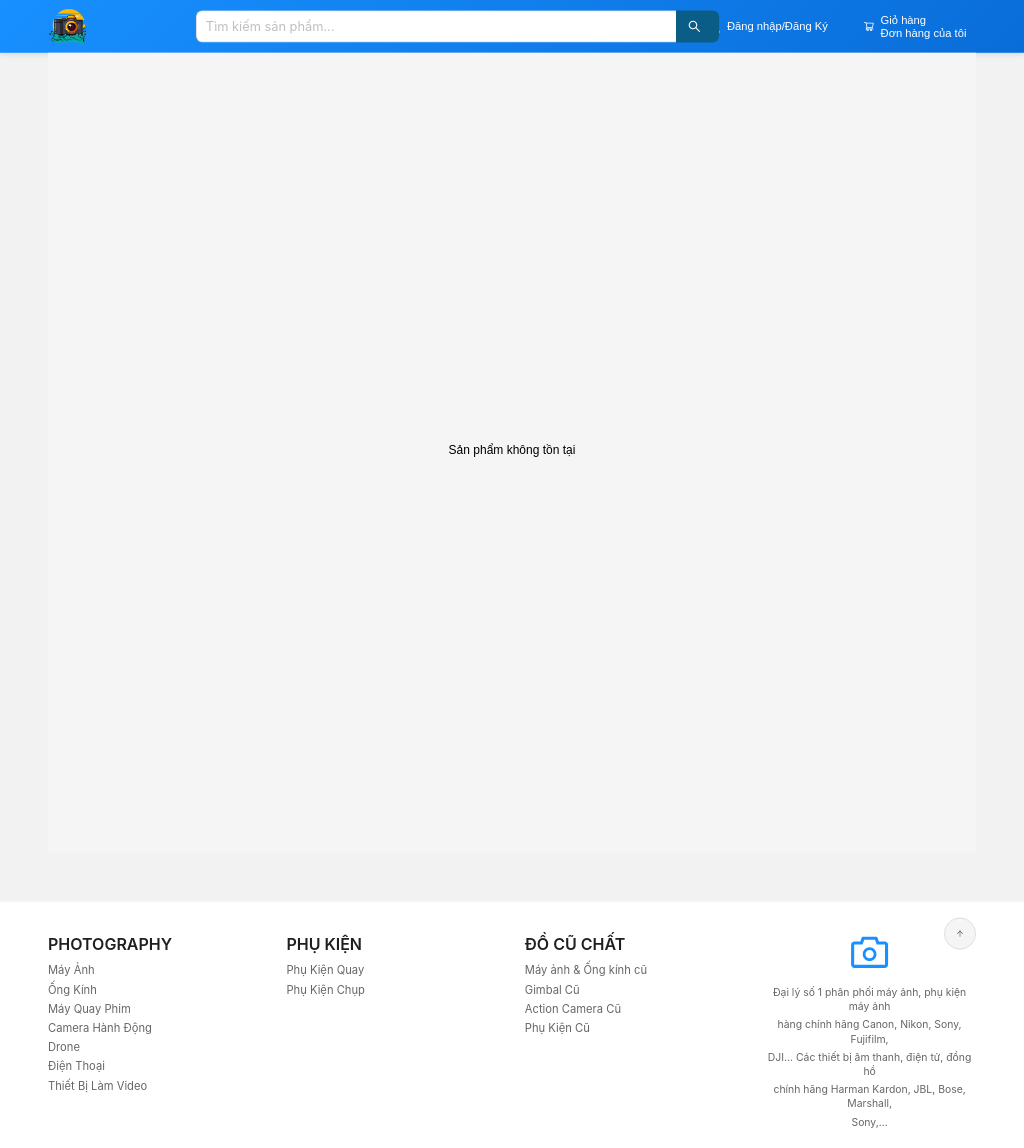
Repository: Drod110324/ThucTapVietNienLuan
Page: /product-details
The author's editor kept a copy of each file at every save. The page is drawn from the files as they stood at one save, then again after the next save.
The browser window is 1280 px wide. The pictures show the whole page, at 80% of full size.
The page's requests for data from a server got no answer. The project was rebuilt for these pictures with package versions that can differ from the ones it lists, and the page was loaded fresh each time. No one was signed in, and anything a server would have sent is missing. Also part of the build but not shown: vite.config.js, src/components/TypeProduct/TypeProduct.jsx, src/pages/Homepage/style.js, src/components/SliderComponent/style.js, src/components/SliderComponent/SliderComponent.jsx, src/components/CardComponent/style.js, src/components/CardComponent/CardComponent.jsx, src/components/NavBarComponent/style.js and 27 more.

Above is the page before, as saved 2025-08-22 17:32:36.

### src/main.jsx
import { createRoot } from 'react-dom/client'
import { Provider } from 'react-redux'
import { store } from './redux/store'
import 'antd/dist/reset.css'
import './index.css'
import App from './App.jsx'
import { Fragment } from 'react'
createRoot(document.getElementById('root')).render(
  <Provider store={store}>
    <App />
  </Provider>,
)
export default App;

### src/index.css
@import "slick-carousel/slick/slick.css";
@import "slick-carousel/slick/slick-theme.css";

body {
  background-color: #F2F2F2;
}

body{
    margin: 0;
    padding: 0;
    box-sizing: border-box;
}

html {
    font-size: 62.5%;
}

### src/App.jsx
import React from 'react'
import { BrowserRouter, Routes, Route } from 'react-router-dom'
import { routes } from './routes'
import DefaultComponent from './components/DefaultComponent/DefaultComponent.jsx'
import { Fragment } from 'react/jsx-runtime'
import { ProductProvider } from './context/ProductContext'
import { CartProvider } from './context/CartContext'
import ScrollToTop from './components/ScrollToTop/ScrollToTop'
function App() {
  return(
  <ProductProvider>
    <CartProvider>
      <BrowserRouter>
        <ScrollToTop />
        <div>
          <Routes>
            {routes.map((route) => {
              const Page = route.page
              const Default = route.isShowHeader ? DefaultComponent : Fragment
              return <Route path={route.path} element={<Default><Page /></Default>} key={route.path} />
            })}
          </Routes>
        </div>
      </BrowserRouter>
    </CartProvider>
  </ProductProvider>
  )
}
export default App;

### src/components/DefaultComponent/DefaultComponent.jsx
import React from 'react'
import HeaderComponent from '../HeaderComponent/HeaderComponent'
import FooterComponent from '../FooterComponent/FooterComponent'
export default function DefaultComponent({ children }) {
  return (
    <div>
        <HeaderComponent />
        <div style={{
          maxWidth: '1200px',
          margin: '0 auto',
          padding: '0 20px'
        }}>
          {children}
        </div>
        <FooterComponent />
    </div>
  )
}

### src/context/ProductContext.jsx
import React, { useState, useEffect } from 'react';
import { ProductContext } from './ProductContextInstance';
export const ProductProvider = ({ children }) => {
  const [products, setProducts] = useState([]);
  const [loading, setLoading] = useState(false);
  const [error, setError] = useState(null);
  const API_BASE_URL = 'http://localhost:5000';
  const fetchProducts = async () => {
    setLoading(true);
    setError(null);
    try {
      const response = await fetch(`${API_BASE_URL}/products`);
      if (!response.ok) {
        throw new Error('Failed to fetch products');
      }
      const data = await response.json();
      setProducts(data);
      localStorage.setItem('productsLastUpdate', Date.now().toString());
    } catch (err) {
      setError(err.message);
    } finally {
      setLoading(false);
    }
  };
  useEffect(() => {
    const productsChanged = localStorage.getItem('productsChanged');
    if (productsChanged === 'true') {
      fetchProducts();
      localStorage.removeItem('productsChanged');
    } else {
      fetchProducts();
    }
  }, []);
  useEffect(() => {
    const checkForUpdates = () => {
      const lastUpdate = localStorage.getItem('productsLastUpdate');
      const productsChanged = localStorage.getItem('productsChanged');
      const now = Date.now();
      const timeSinceUpdate = now - (lastUpdate ? parseInt(lastUpdate) : 0);
      if (productsChanged === 'true' || timeSinceUpdate > 30000) {
        fetchProducts();
        localStorage.removeItem('productsChanged');
      }
    };
    const interval = setInterval(checkForUpdates, 10000);
    return () => clearInterval(interval);
  }, []);
  useEffect(() => {
    const handleFocus = () => {
      fetchProducts();
    };
    const handlePopState = () => {
      setTimeout(() => fetchProducts(), 100);
    };
    window.addEventListener('focus', handleFocus);
    window.addEventListener('popstate', handlePopState);
    return () => {
      window.removeEventListener('focus', handleFocus);
      window.removeEventListener('popstate', handlePopState);
    };
  }, []);
  const addProduct = async (newProduct) => {
    try {
      const response = await fetch(`${API_BASE_URL}/products`, {
        method: 'POST',
        headers: {
          'Content-Type': 'application/json',
        },
        body: JSON.stringify(newProduct),
      });
      if (!response.ok) {
        throw new Error('Failed to add product');
      }
      const addedProduct = await response.json();
      setProducts(prev => [...prev, addedProduct]);
      return addedProduct;
    } catch (error) {
      console.error('Error adding product:', error);
      throw error;
    }
  };
  const updateProduct = async (id, updatedProduct) => {
    try {
      const response = await fetch(`${API_BASE_URL}/products/${id}`, {
        method: 'PUT',
        headers: {
          'Content-Type': 'application/json',
        },
        body: JSON.stringify(updatedProduct),
      });
      if (!response.ok) {
        throw new Error('Failed to update product');
      }
      const updated = await response.json();
      setProducts(prev => prev.map(product =>
        product._id === id ? updated : product
      ));
      return updated;
    } catch (error) {
      console.error('Error updating product:', error);
      throw error;
    }
  };
  const deleteProduct = async (id) => {
    try {
      const response = await fetch(`${API_BASE_URL}/products/${id}`, {
        method: 'DELETE',
      });
      if (!response.ok) {
        throw new Error('Failed to delete product');
      }
      setProducts(prev => prev.filter(product => product._id !== id));
    } catch (error) {
      console.error('Error deleting product:', error);
      throw error;
    }
  };
  const getProductsByCategory = (category) => {
    return products.filter(product =>
      product.category === category && product.status === 'active' && product.isActive
    );
  };
  const getProductById = (id) => {
    return products.find(product => product._id === id || product.id === id);
  };
  const getAllActiveProducts = () => {
    return products.filter(product => product.status === 'active' && product.isActive);
  };
  const refreshProducts = () => {
    fetchProducts();
  };
  const value = {
    products,
    loading,
    error,
    addProduct,
    updateProduct,
    deleteProduct,
    getProductsByCategory,
    getProductById,
    getAllActiveProducts,
    refreshProducts
  };
  return (
    <ProductContext.Provider value={value}>
      {children}
    </ProductContext.Provider>
  );
};

### src/context/CartContext.jsx
import React, { useState, useEffect } from 'react';
import { CartContext } from './CartContextInstance';
export const CartProvider = ({ children }) => {
  const [cartItems, setCartItems] = useState([]);
  const [cartCount, setCartCount] = useState(0);
  useEffect(() => {
    const savedCart = localStorage.getItem('cart');
    if (savedCart) {
      try {
        const parsedCart = JSON.parse(savedCart);
        setCartItems(parsedCart);
        updateCartCount(parsedCart);
      } catch (error) {
        console.error('Error parsing cart from localStorage:', error);
        localStorage.removeItem('cart');
      }
    }
  }, []);
  useEffect(() => {
    localStorage.setItem('cart', JSON.stringify(cartItems));
    updateCartCount(cartItems);
  }, [cartItems]);
  const updateCartCount = (items) => {
    const totalCount = items.reduce((total, item) => total + item.quantity, 0);
    setCartCount(totalCount);
  };
  const addToCart = (product, quantity = 1) => {
    setCartItems(prevItems => {
      const existingItem = prevItems.find(item => item._id === product._id);
      if (existingItem) {
        return prevItems.map(item =>
          item._id === product._id
            ? { ...item, quantity: item.quantity + quantity }
            : item
        );
      } else {
        return [...prevItems, {
          _id: product._id,
          name: product.name,
          price: product.price,
          image: product.image,
          quantity: quantity,
          stock: product.stock || 0
        }];
      }
    });
  };
  const removeFromCart = (productId) => {
    setCartItems(prevItems => prevItems.filter(item => item._id !== productId));
  };
  const updateQuantity = (productId, quantity) => {
    if (quantity <= 0) {
      removeFromCart(productId);
      return;
    }
    setCartItems(prevItems =>
      prevItems.map(item =>
        item._id === productId
          ? { ...item, quantity: quantity }
          : item
      )
    );
  };
  const clearCart = () => {
    setCartItems([]);
  };
  const getCartTotal = () => {
    return cartItems.reduce((total, item) => total + (item.price * item.quantity), 0);
  };
  const getCartItemCount = () => {
    return cartItems.reduce((total, item) => total + item.quantity, 0);
  };
  const isInCart = (productId) => {
    return cartItems.some(item => item._id === productId);
  };
  const value = {
    cartItems,
    cartCount,
    addToCart,
    removeFromCart,
    updateQuantity,
    clearCart,
    getCartTotal,
    getCartItemCount,
    isInCart,
  };
  return (
    <CartContext.Provider value={value}>
      {children}
    </CartContext.Provider>
  );
};

### src/components/ScrollToTop/ScrollToTop.jsx
import { useEffect } from 'react';
import { useLocation } from 'react-router-dom';
const ScrollToTop = () => {
  const { pathname, search } = useLocation();
  useEffect(() => {
    const scrollToTop = () => {
      requestAnimationFrame(() => {
        window.scrollTo({
          top: 0,
          left: 0,
          behavior: 'smooth'
        });
      });
    };
    scrollToTop();
  }, [pathname, search]);
  return null;
};
export default ScrollToTop;

### src/pages/ProductDetailsPage/ProductDetailsPage.jsx
import { useParams } from 'react-router-dom';
import { useState, useEffect } from 'react';
import ProductDetailComponent from '../../components/ProductDetailComponent/ProductDetailComponent';
import { message } from 'antd';

const ProductDetailsPage = () => {
  const { id } = useParams();
  const [product, setProduct] = useState(null);
  const [loading, setLoading] = useState(true);

  // Fetch product details from database
  const fetchProduct = async () => {
    setLoading(true);
    try {
      const response = await fetch(`http://localhost:5000/api/products/${id}`);
      if (!response.ok) {
        throw new Error(`HTTP error! status: ${response.status}`);
      }
      const data = await response.json();
      setProduct(data);
    } catch (error) {
      console.error('Error fetching product:', error);
      message.error('Không thể tải thông tin sản phẩm');
    } finally {
      setLoading(false);
    }
  };

  useEffect(() => {
    if (id) {
      fetchProduct();
    }
  }, [id]);
  if (!product) {
    return (
      <div
        style={{
          padding: '0 120px',
          backgroundColor: '#f5f5f5',
          height: '1000px',
          display: 'flex',
          justifyContent: 'center',
          alignItems: 'center',
        }}
      >
        <h2>Sản phẩm không tồn tại</h2>
      </div>
    );
  }
  return (
    <div
      style={{
        padding: '0 120px',
        backgroundColor: '#f5f5f5',
        height: '1000px',
      }}
    >
      <div style={{
        marginBottom: '20px',
        fontSize: '16px',
        fontWeight: '500',
        color: '#333'
      }}>
        <span
          style={{
            cursor: 'pointer',
            color: '#1890ff',
            textDecoration: 'underline'
          }}
          onClick={() => window.location.href = '/'}
        >
          Trang chủ
        </span>
        <span style={{ margin: '0 8px', color: '#999' }}>/</span>
        <span
          style={{
            cursor: 'pointer',
            color: '#1890ff',
            textDecoration: 'underline'
          }}
          onClick={() => window.location.href = `/products?category=${encodeURIComponent(product.category)}`}
        >
          {product.category}
        </span>
        <span style={{ margin: '0 8px', color: '#999' }}>/</span>
        <span style={{ color: '#333' }}>{product.name}</span>
      </div>
      <ProductDetailComponent product={product} />
    </div>
  );
};
export default ProductDetailsPage;

### src/components/FooterComponent/FooterComponent.jsx
import React from 'react';
import { Row, Col, Typography } from 'antd';
import { CameraOutlined, ArrowUpOutlined } from '@ant-design/icons';
import { FooterContainer, FooterContent, FooterColumn, FooterList, FooterItem, CameraIconContainer, FooterDescription, ScrollToTopButton } from './style';
const { Title, Text } = Typography;
const FooterComponent = () => {
  const scrollToTop = () => {
    window.scrollTo({ top: 0, behavior: 'smooth' });
  };
  return (
    <FooterContainer>
      <FooterContent>
        <Row gutter={[32, 24]}>
          {}
          <Col xs={24} sm={12} md={6}>
            <FooterColumn>
              <Title level={4}>PHOTOGRAPHY</Title>
              <FooterList>
                <FooterItem>Máy Ảnh</FooterItem>
                <FooterItem>Ống Kính</FooterItem>
                <FooterItem>Máy Quay Phim</FooterItem>
                <FooterItem>Camera Hành Động</FooterItem>
                <FooterItem>Drone</FooterItem>
                <FooterItem>Điện Thoại</FooterItem>
                <FooterItem>Thiết Bị Làm Video</FooterItem>
              </FooterList>
            </FooterColumn>
          </Col>
          {}
          <Col xs={24} sm={12} md={6}>
            <FooterColumn>
              <Title level={4}>PHỤ KIỆN</Title>
              <FooterList>
                <FooterItem>Phụ Kiện Quay</FooterItem>
                <FooterItem>Phụ Kiện Chụp</FooterItem>
              </FooterList>
            </FooterColumn>
          </Col>
          {}
          <Col xs={24} sm={12} md={6}>
            <FooterColumn>
              <Title level={4}>ĐỒ CŨ CHẤT</Title>
              <FooterList>
                <FooterItem>Máy ảnh & Ống kính cũ</FooterItem>
                <FooterItem>Gimbal Cũ</FooterItem>
                <FooterItem>Action Camera Cũ</FooterItem>
                <FooterItem>Phụ Kiện Cũ</FooterItem>
              </FooterList>
            </FooterColumn>
          </Col>
          {}
          <Col xs={24} sm={12} md={6}>
            <FooterColumn>
              <CameraIconContainer>
                <CameraOutlined style={{ fontSize: '48px', color: '#1890ff' }} />
              </CameraIconContainer>
              <FooterDescription>
                <Text>Đại lý số 1 phân phối máy ảnh, phụ kiện máy ảnh</Text>
                <Text>hàng chính hãng Canon, Nikon, Sony, Fujifilm,</Text>
                <Text>DJI... Các thiết bị âm thanh, điện tử, đồng hồ</Text>
                <Text>chính hãng Harman Kardon, JBL, Bose, Marshall,</Text>
                <Text>Sony,...</Text>
              </FooterDescription>
            </FooterColumn>
          </Col>
        </Row>
        {}
        <ScrollToTopButton
          onClick={scrollToTop}
          title="Lên đầu trang"
        >
          <ArrowUpOutlined />
        </ScrollToTopButton>
      </FooterContent>
    </FooterContainer>
  );
};
export default FooterComponent;

### src/components/ButtonComponent/ButtonComponent.jsx
import React from 'react'
import { Button } from 'antd'
const ButtonComponent = (props) => {
    const { size,styleButton, StyleTextButton, textButton, icon, ...rest } = props
  return (
    <div>
      <Button
              size={size}
              icon={icon}
              style={styleButton}
              {...rest}
              >
                <span style={StyleTextButton}>{textButton}</span>
        </Button>
    </div>
  )
}
export default ButtonComponent

### src/components/ButtonInputSearch/ButtonInputSearch.jsx
import React, { useState } from 'react'
import { SearchOutlined } from '@ant-design/icons'
import InputComponent from '../InputComponet/InputComponent'
import ButtonComponent from '../ButtonComponent/ButtonComponent'
const ButtonInputSearch = (props) => {
    const { placeholder, size, textButton, bordered, colorButton, border, onSearch, ...rest } = props
    const [searchValue, setSearchValue] = useState('')

    const handleSearch = () => {
        if (onSearch && searchValue.trim()) {
            onSearch(searchValue.trim())
        }
    }

    const handleKeyPress = (e) => {
        if (e.key === 'Enter') {
            handleSearch()
        }
    }

    return (
        <div style={{
            display: 'flex',
            gap: 0,
            padding: '5px',
            width: '100%',
            maxWidth: 650,
            boxSizing: 'border-box'
        }}>
            <InputComponent
                size={size}
                placeholder={placeholder}
                value={searchValue}
                onChange={(e) => setSearchValue(e.target.value)}
                onKeyPress={handleKeyPress}
                style={{
                    flex: 1,
                    minWidth: 600,
                    borderTopRightRadius: 0,
                    borderBottomRightRadius: 0,
                    borderRight: 'none',
                }}
                {...rest}
            />
            <ButtonComponent
                size={size}
                icon={<SearchOutlined />}
                bordered={bordered}
                onClick={handleSearch}
                style={{
                    minWidth: 50,
                    backgroundColor: '#0a5d87',
                    color: '#fff',
                    borderTopLeftRadius: 0,
                    borderBottomLeftRadius: 0,
                    borderLeft: 'none',
                    boxShadow: 'none',
                    border: border ? border : 'none'
                }}
                {...rest}
            ><span style={{ color: colorButton }}>{textButton}</span>
            </ButtonComponent>
        </div>
    )
}
export default ButtonInputSearch

### src/components/InputComponet/InputComponent.jsx
import React from 'react'
import { Input } from 'antd'
const InputComponent = (props) => {
    const { placeholder, size, ...rest} = props
  return (
    <div>
        <Input
                placeholder={placeholder}
                size={size}
                style={{
                    borderTopRightRadius: 0,
                    borderBottomRightRadius: 0,
                    borderRight: 'none'
                }}
                {...rest}
        />
    </div>
  )
}
export default InputComponent

Loaded but not shown: index.html (common file); src/routes/index.js (100 lines, source omitted); src/components/FooterComponent/style.js (66 lines, source omitted); src/redux/slide/counterSlide.js (21 lines, source omitted); src/context/useCart.js (9 lines, source omitted); src/redux/store.js (7 lines, source omitted); src/context/ProductContextInstance.js (2 lines, source omitted); src/context/CartContextInstance.js (2 lines, source omitted); src/components/HeaderComponent/HeaderComponent.jsx (309 lines, source omitted)

After the next save:
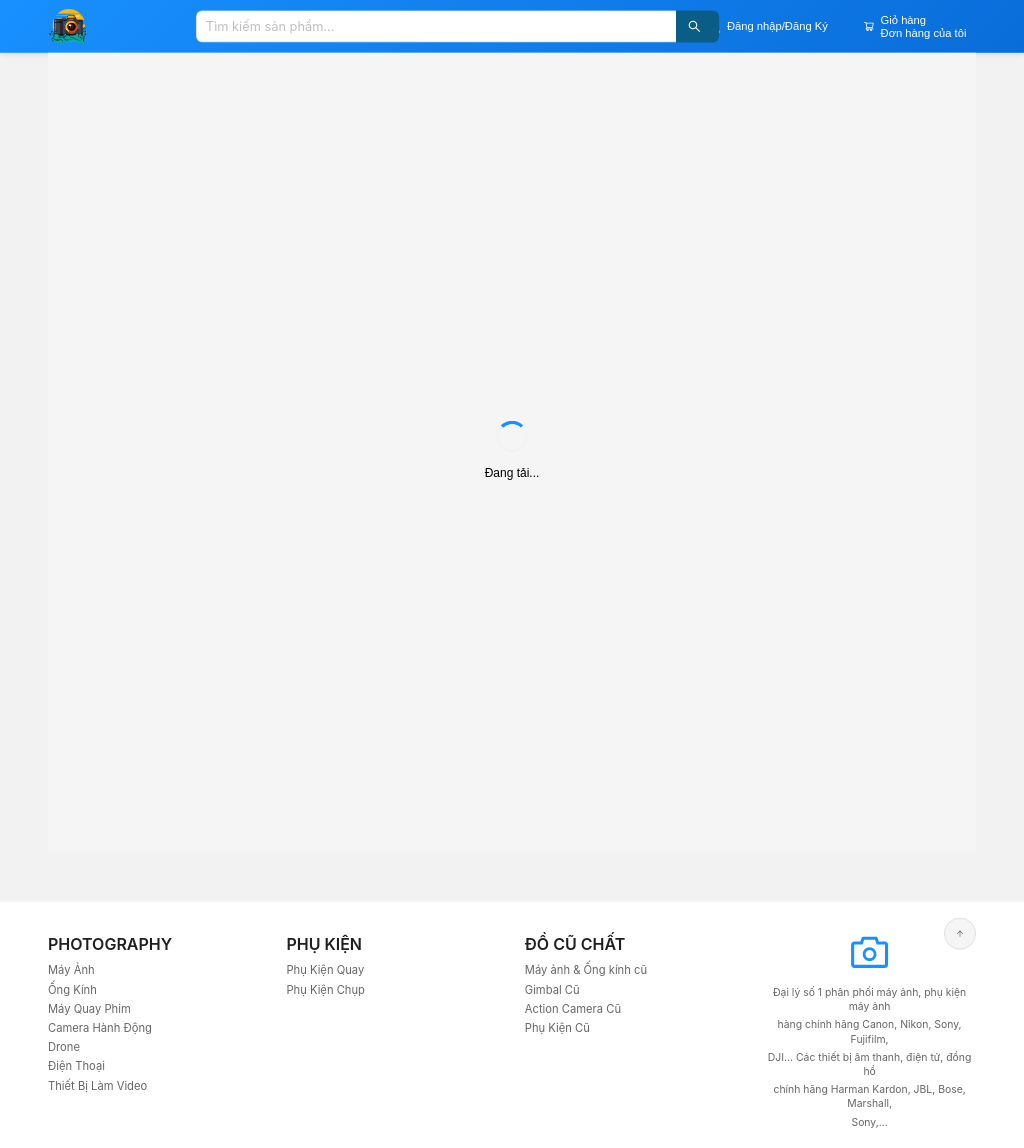
Saved 13 s later.
--- a/src/pages/ProductDetailsPage/ProductDetailsPage.jsx
+++ b/src/pages/ProductDetailsPage/ProductDetailsPage.jsx
@@ -31,6 +31,34 @@ const ProductDetailsPage = () => {
       fetchProduct();
     }
   }, [id]);
+  if (loading) {
+    return (
+      <div
+        style={{
+          padding: '0 120px',
+          backgroundColor: '#f5f5f5',
+          height: '1000px',
+          display: 'flex',
+          justifyContent: 'center',
+          alignItems: 'center',
+        }}
+      >
+        <div style={{ textAlign: 'center' }}>
+          <div style={{
+            width: '40px',
+            height: '40px',
+            border: '4px solid #f3f3f3',
+            borderTop: '4px solid #1890ff',
+            borderRadius: '50%',
+            animation: 'spin 1s linear infinite',
+            margin: '0 auto 16px'
+          }}></div>
+          <h2>Đang tải...</h2>
+        </div>
+      </div>
+    );
+  }
+
   if (!product) {
     return (
       <div
